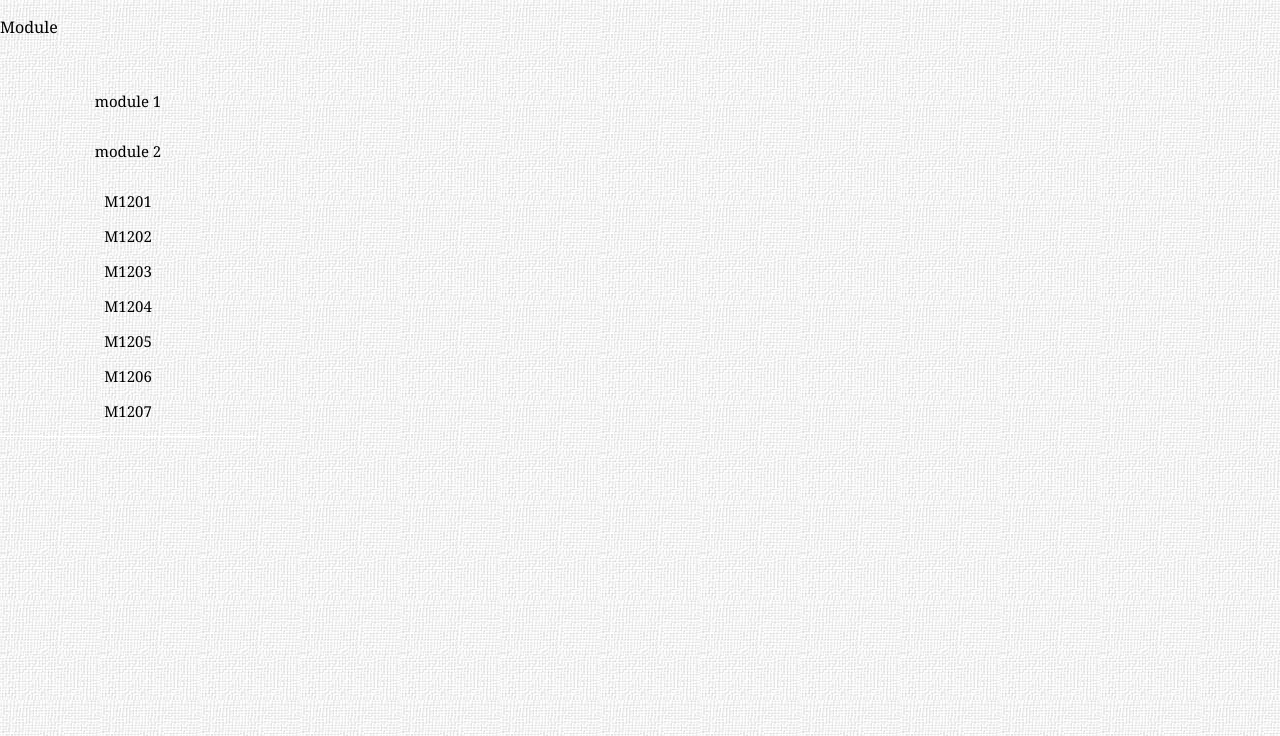
Repository: ValentinArg/PETUT
Page: http://localhost/PETUT/WEB-INF/jsp/eleve/semestre1.jsp
An editor plug-in stored every save of this project. The page is shown before and after the next save, followed by the edit.
The browser window is 1280 px wide. The pictures show the whole page.
After loading, the first visible `#moduleGeneral1` was clicked once.
Some web libraries are served in a nearby version. The page is served by Tomcat 9. Nobody is signed in. The template is opened directly, without the code that normally fills it, so the values that code supplies are empty.

Above is the page before, as saved 2016-10-03 07:55:36.

After the next save:
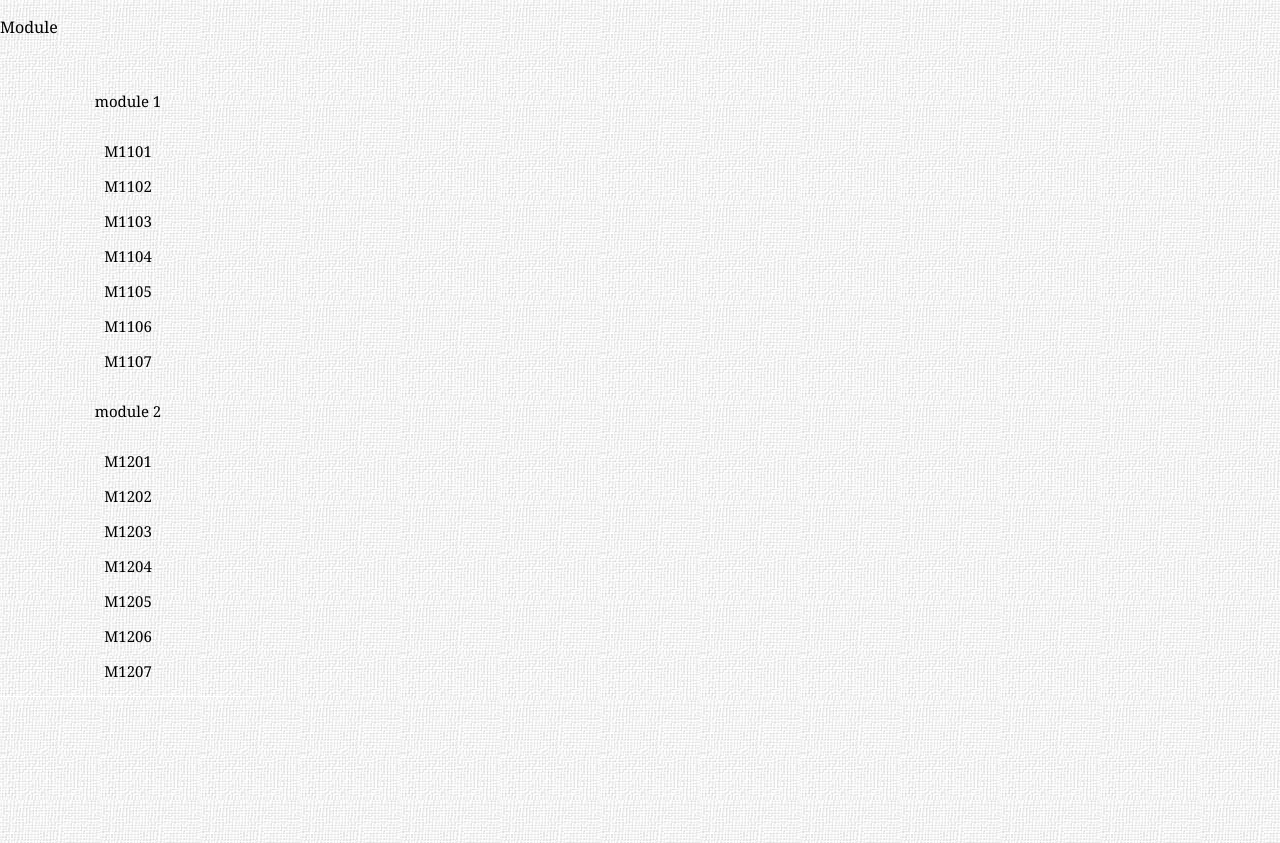
Console error: TypeError: Cannot read properties of null (reading 'style')
Saved 91 s later.
--- a/PETUT/WebContent/WEB-INF/jsp/eleve/semestre1.jsp
+++ b/PETUT/WebContent/WEB-INF/jsp/eleve/semestre1.jsp
@@ -68,12 +68,10 @@
 
 		var hautModule = false;
 		function sildeModule(module){
-			if(hautModule){
+			if(document.getElementById(module).style.visibility="hidden"){
 				$(module).slideDown();
-				hautModule = false;
 			}else{
 				$(module).slideUp();
-				hautModule = true;
 			}
 		}
 
